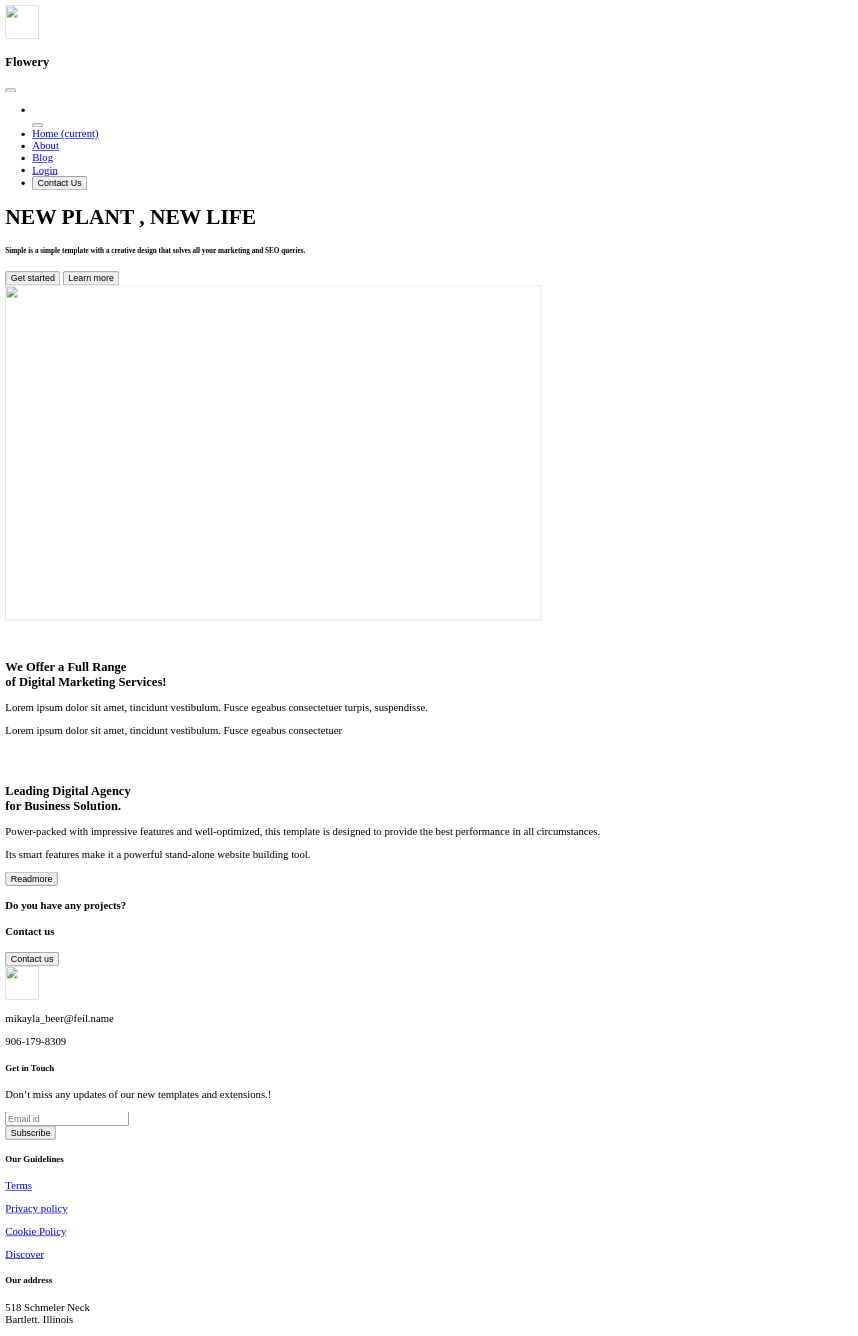
Repository: sara55m/Login
Page: http://localhost/welcome
The author's editor kept a copy of each file at every save. The page is drawn from the files as they stood at one save, then again after the next save.
The browser window is 1280 px wide. The pictures show the whole page, at 67% of full size.
The page is served by the project's Laravel application, run on PHP 8.4 with Laravel 10. Other server files are loaded and not shown.

Above is the page before, as saved 2024-03-03 23:23:28.

### routes/web.php
<?php

use Illuminate\Support\Facades\Route;
use App\Http\Controllers\RegisterController;
use App\Http\Controllers\LoginController;

/*
|--------------------------------------------------------------------------
| Web Routes
|--------------------------------------------------------------------------
|
| Here is where you can register web routes for your application. These
| routes are loaded by the RouteServiceProvider and all of them will
| be assigned to the "web" middleware group. Make something great!
|
*/

Route::get('/welcome', function () {
    return view('welcome');
});


Route::get('/register', [RegisterController::class,'create']);


Route::post('/register/store', [RegisterController::class,'store']);

Route::get('/login', [LoginController::class,'create']);

Route::post('/login/store', [LoginController::class,'store']);

### resources/views/welcome.blade.php
<!DOCTYPE html>
<html lang="en">
<head>
  <title>Simple landing page</title>
  <meta charset="UTF-8">
  <meta name="viewport" content="width=device-width, initial-scale=1.0">
  <meta http-equiv="X-UA-Compatible" content="ie=edge">
  {{-- <link rel="stylesheet" href="vendors/owl-carousel/css/owl.carousel.min.css">
  <link rel="stylesheet" href="vendors/owl-carousel/css/owl.theme.default.css">
  <link rel="stylesheet" href="vendors/mdi/css/materialdesignicons.min.css">
  <link rel="stylesheet" href="vendors/aos/css/aos.css"> --}}
  <link rel="stylesheet" href="css/style.min.css">
</head>
<body id="body" data-spy="scroll" data-target=".navbar" data-offset="100">
  <!---------------------------------------------------Header Section------------------------------------------------->
  <header id="header-section">
    <nav class="navbar navbar-expand-lg pl-3 pl-sm-0" id="navbar">
    <div class="container">
      <div class="navbar-brand-wrapper d-flex w-100">
        <img src="images/plant2.png" height="50" width="50"  alt="">
        <h3 class="nav-link">Flowery</h3>
        <button class="navbar-toggler ml-auto" type="button" data-toggle="collapse" data-target="#navbarSupportedContent" aria-controls="navbarSupportedContent" aria-expanded="false" aria-label="Toggle navigation">
          <span class="mdi mdi-menu navbar-toggler-icon"></span>
        </button>
      </div>
      <div class="collapse navbar-collapse navbar-menu-wrapper" id="navbarSupportedContent">
        <ul class="navbar-nav align-items-lg-center align-items-start ml-auto">
          <li class="d-flex align-items-center justify-content-between pl-4 pl-lg-0">
            <div class="navbar-collapse-logo">
              <img src="images/Group2.svg" alt="">
            </div>
            <button class="navbar-toggler close-button" type="button" data-toggle="collapse" data-target="#navbarSupportedContent" aria-controls="navbarSupportedContent" aria-expanded="false" aria-label="Toggle navigation">
              <span class="mdi mdi-close navbar-toggler-icon pl-5"></span>
            </button>
          </li>
          <li class="nav-item">
            <a class="nav-link" href="#header-section">Home <span class="sr-only">(current)</span></a>
          </li>
          <li class="nav-item">
            <a class="nav-link" href="#features-section">About</a>
          </li>
          <li class="nav-item">
            <a class="nav-link" href="#digital-marketing-section">Blog</a>
          </li>
          <li class="nav-item">
            <a class="nav-link" href="/login">Login</a>
          </li>
          <li class="nav-item btn-contact-us pl-4 pl-lg-0">
            <button class="btn btn-info" data-toggle="modal" data-target="#exampleModal">Contact Us</button>
          </li>
        </ul>
      </div>
    </div>
    </nav>
  </header>

  <!---------------------------------------------------End Of Header Section------------------------------------------------->

  <!---------------------------------------------------Content Section------------------------------------------------->

  <div class="banner" >
    <div class="container">
      <h1 class="font-weight-semibold">NEW PLANT , NEW LIFE</h1>
      <h6 class="font-weight-normal text-muted pb-3">Simple is a simple template with a creative design that solves all your marketing and SEO queries.</h6>
      <div>
        <button class="btn btn-opacity-light mr-1">Get started</button>
        <button class="btn btn-opacity-success ml-1">Learn more</button>
      </div>
      <div class="w-full">
      <img src="images/background.jpg" alt="" class="img-fluid" height="500" width="800">
      </div>
    </div>
  </div>
  <br/>
  <br/>
  <div class="content-wrapper">
    <div class="container">
  <section class="digital-marketing-service" id="digital-marketing-section">
    <div class="row align-items-center">
      <div class="col-12 col-lg-7 grid-margin grid-margin-lg-0" data-aos="fade-right">
        <h3 class="m-0">We Offer a Full Range<br>of Digital Marketing Services!</h3>
        <div class="col-lg-7 col-xl-6 p-0">
          <p class="py-4 m-0 text-muted">Lorem ipsum dolor sit amet, tincidunt vestibulum. Fusce egeabus consectetuer turpis, suspendisse.</p>
          <p class="font-weight-medium text-muted">Lorem ipsum dolor sit amet, tincidunt vestibulum. Fusce egeabus consectetuer</p>
        </div>
      </div>
      <div class="col-12 col-lg-5 p-0 img-digital grid-margin grid-margin-lg-0" data-aos="fade-left">
        <img src="images/Group1.png" alt="" class="img-fluid">
      </div>
    </div>
    <div class="row align-items-center">
      <div class="col-12 col-lg-7 text-center flex-item grid-margin" data-aos="fade-right">
        <img src="images/Group2.png" alt="" class="img-fluid">
      </div>
      <div class="col-12 col-lg-5 flex-item grid-margin" data-aos="fade-left">
        <h3 class="m-0">Leading Digital Agency<br>for  Business Solution.</h3>
        <div class="col-lg-9 col-xl-8 p-0">
          <p class="py-4 m-0 text-muted">Power-packed with impressive features and well-optimized, this template is designed to provide the best performance in all circumstances.</p>
          <p class="pb-2 font-weight-medium text-muted">Its smart features make it a powerful stand-alone website building tool.</p>
        </div>
        <button class="btn btn-info">Readmore</button>
      </div>
    </div>
  </section>
  <!---------------------------------------------------End Of Content Section------------------------------------------------->

  <!---------------------------------------------------Footer Section------------------------------------------------->
  <footer>

  <section class="contact-us" id="contact-section">
    <div class="contact-us-bgimage grid-margin" >
      <div class="pb-4">
        <h4 class="px-3 px-md-0 m-0" data-aos="fade-down">Do you have any projects?</h4>
        <h4 class="pt-1" data-aos="fade-down">Contact us</h4>
      </div>
      <div data-aos="fade-up">
        <button class="btn btn-rounded btn-outline-danger">Contact us</button>
      </div>
    </div>
  </section>

  <section class="contact-details" id="contact-details-section">
    <div class="row text-center text-md-left">
      <div class="col-12 col-md-6 col-lg-3 grid-margin ">
        <img src="images/plant2.png" height="50" width="50" alt="" class="pb-2">


        <div class="pt-2">

          <p class="text-muted m-0">mikayla_beer@feil.name</p>
          <p class="text-muted m-0">906-179-8309</p>
        </div>
      </div>
      <div class="col-12 col-md-6 col-lg-3 grid-margin">
        <h5 class="pb-2">Get in Touch</h5>
        <p class="text-muted">Don’t miss any updates of our new templates and extensions.!</p>
        <form>
          <input type="text" class="form-control" id="Email" placeholder="Email id">
        </form>
        <div class="pt-3">
          <button class="btn btn-dark">Subscribe</button>
        </div>
      </div>
      <div class="col-12 col-md-6 col-lg-3 grid-margin">
        <h5 class="pb-2">Our Guidelines</h5>
        <a href="#"><p class="m-0 pb-2">Terms</p></a>
        <a href="#" ><p class="m-0 pt-1 pb-2">Privacy policy</p></a>
        <a href="#"><p class="m-0 pt-1 pb-2">Cookie Policy</p></a>
        <a href="#"><p class="m-0 pt-1">Discover</p></a>
      </div>
      <div class="col-12 col-md-6 col-lg-3 grid-margin">
          <h5 class="pb-2">Our address</h5>
          <p class="text-muted">518 Schmeler Neck<br>Bartlett. Illinois</p>
          <div class="d-flex justify-content-center justify-content-md-start">
            <a href="#"><span class="mdi mdi-facebook"></span></a>
            <a href="#"><span class="mdi mdi-twitter"></span></a>
            <a href="#"><span class="mdi mdi-instagram"></span></a>
            <a href="#"><span class="mdi mdi-linkedin"></span></a>
          </div>
      </div>
    </div>
  </section>
    </div>
  </div>
  </footer>

  <!---------------------------------------------------End Of Footer Section------------------------------------------------->



  {{-- <script src="vendors/jquery/jquery.min.js"></script>
  <script src="vendors/bootstrap/bootstrap.min.js"></script>
  <script src="vendors/owl-carousel/js/owl.carousel.min.js"></script>
  <script src="vendors/aos/js/aos.js"></script> --}}
  <script src="js/landingpage.js"></script>
</body>
</html>

After the next save:
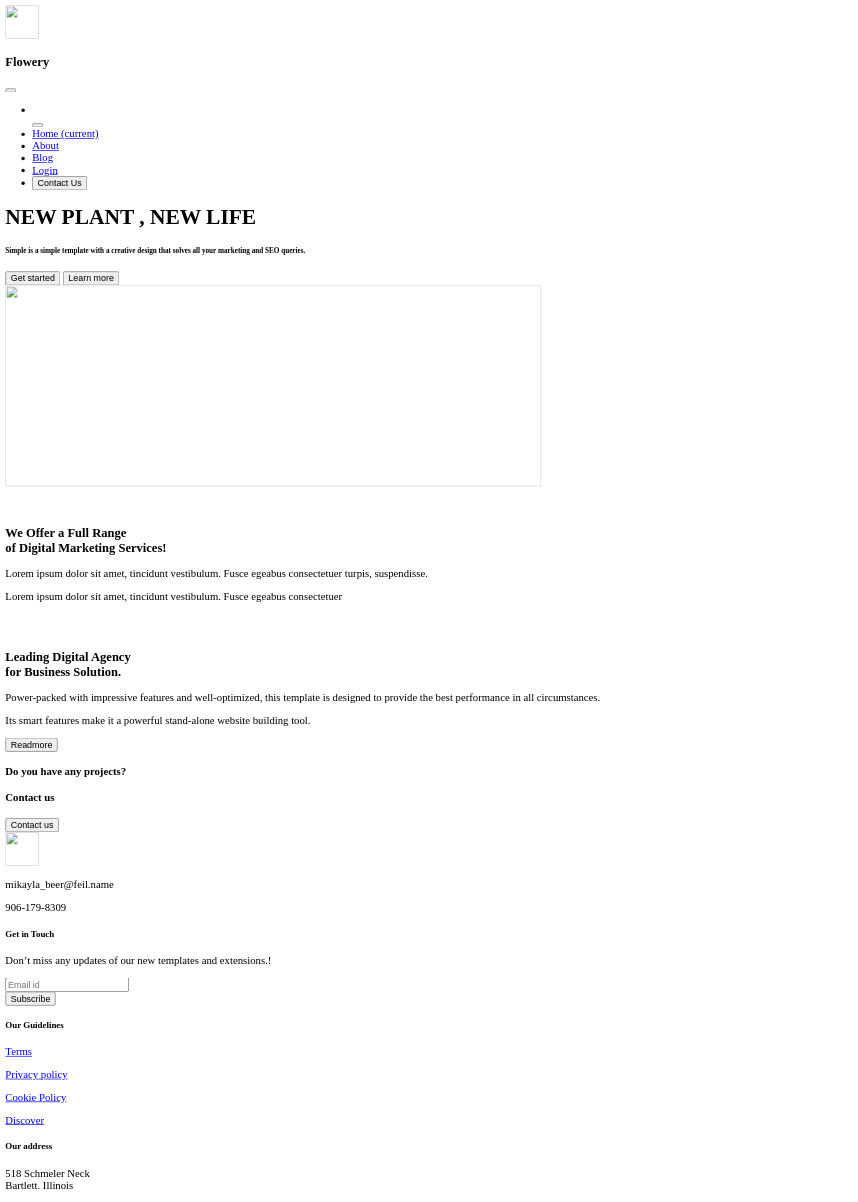
Saved 20 s later.
--- a/resources/views/welcome.blade.php
+++ b/resources/views/welcome.blade.php
@@ -67,7 +67,7 @@
         <button class="btn btn-opacity-success ml-1">Learn more</button>
       </div>
       <div class="w-full">
-      <img src="images/background.jpg" alt="" class="img-fluid" height="500" width="800">
+      <img src="images/background.jpg" alt="" class="img-fluid" height="300" width="800">
       </div>
     </div>
   </div>

After the 4 saves that followed:
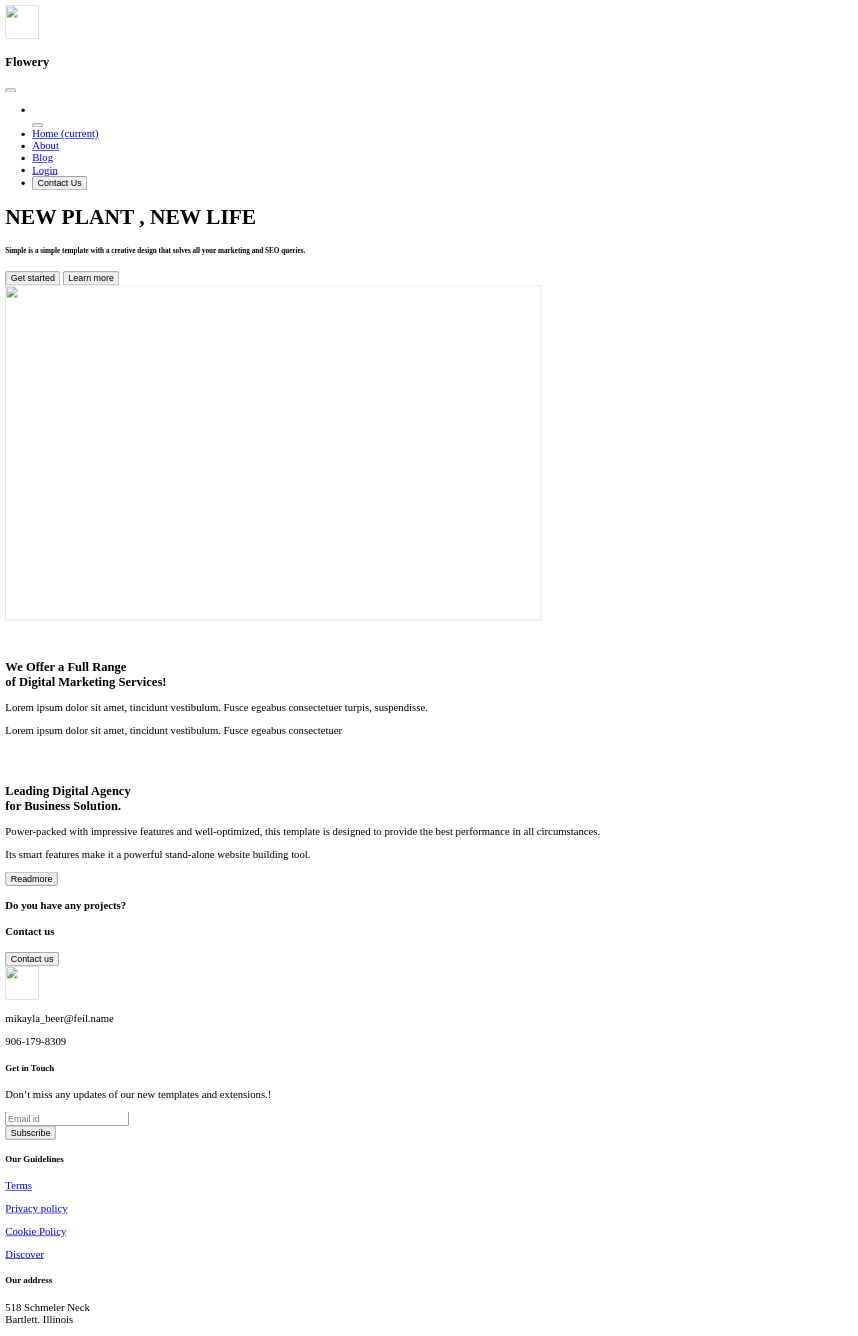
The 4 saves are shown as one change because 3 left the picture as it was.
The last was saved 2 min 0 s later.
--- a/resources/views/welcome.blade.php
+++ b/resources/views/welcome.blade.php
@@ -66,8 +66,8 @@
         <button class="btn btn-opacity-light mr-1">Get started</button>
         <button class="btn btn-opacity-success ml-1">Learn more</button>
       </div>
-      <div class="w-full">
-      <img src="images/background.jpg" alt="" class="img-fluid" height="300" width="800">
+      <div class="banner">
+      <img src="images/background.jpg" alt="" height="500" width="800">
       </div>
     </div>
   </div>
